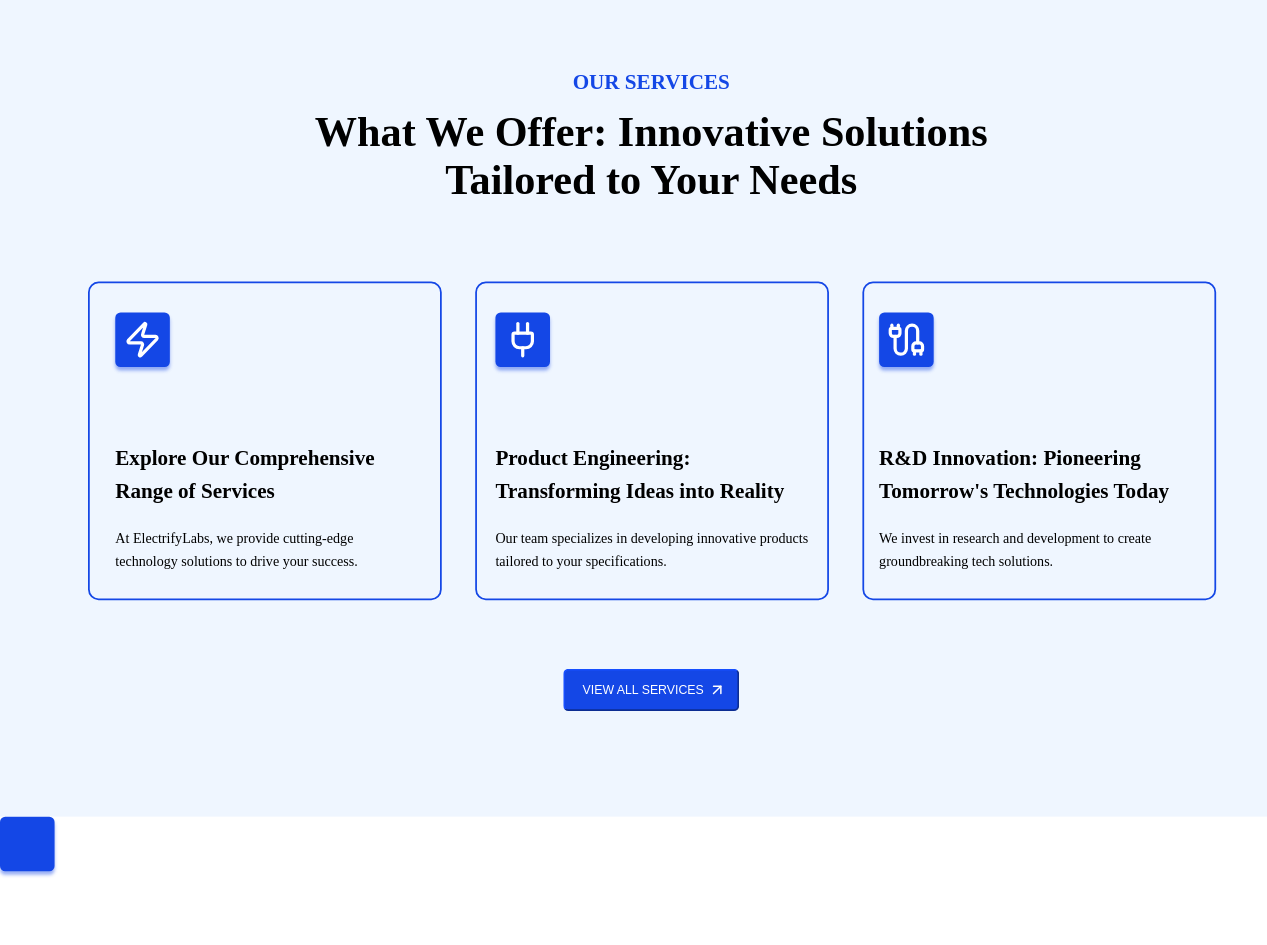
Repository: neelpatel6262/electrifylabs_homepage
Page: /
An editor plug-in stored every save of this project. The page is shown before and after the next save, followed by the edit.
The browser window is 1280 px wide. The page is 1440 px wide, so the pictures cover 1440 px, including what lies to the right of the window. The pictures show the whole page, at 88% of full size.
The project was rebuilt for these pictures with package versions that can differ from the ones it lists, and the page was loaded fresh each time. Also part of the build but not shown: vite.config.js.

Above is the page before, as saved 2026-02-20 00:03:23.

### index.html
<!doctype html>
<html lang="en">
  <head>
    <meta charset="UTF-8" />
    <link rel="icon" type="image/svg+xml" href="/vite.svg" />
    <meta name="viewport" content="width=device-width, initial-scale=1.0" />
    <title>react-practice</title>
  </head>
  <body>
    <div id="root"></div>
    <script type="module" src="/src/main.jsx"></script>
  </body>
</html>

### src/main.jsx
import { StrictMode } from 'react'
import { createRoot } from 'react-dom/client'
import './index.css'
import ServiceSection from './components/ServiceSection.jsx'
import ServiceCard from './components/ServiceCard.jsx'



createRoot(document.getElementById('root')).render(
  <>
    <ServiceSection />
    <ServiceCard />
  </>
)

### src/index.css
@tailwind base;
@tailwind components;
@tailwind utilities;

:root {
  /* Color Variables */
  --primary-color: #1447e6;
  --primary-hover-color: #0f3bc4;
  --secondary-color: #eff6ff;
  --background-light: #bcdaff;
  --text-primary: #171717;
  --text-secondary: #433c38;
  --text-light: #9ca3af;
  --white: #ffffff;
  --black: #000000;
  --dark-text: #0c0a09;
  --border-color: #1447e6;
  --shadow-color: rgba(20, 71, 230, 0.44);
  --error-color: #ef4444;
  --error-dark: #dc2626;
  --success-color: #10b981;
  --success-dark: #059669;
  --warning-color: #f59e0b;
  --warning-dark: #d97706;
  --ripple-color: rgba(255, 255, 255, 0.3);

  /* Typography Variables */
  --font-family: "Space Grotesk", sans-serif;
  --font-size-xs: 10px;
  --font-size-sm: 12px;
  --font-size-base: 14px;
  --font-size-md: 16px;
  --font-size-lg: 18px;
  --font-size-xl: 24px;
  --font-size-2xl: 32px;
  --font-size-3xl: 36px;
  --font-size-4xl: 48px;
  --font-size-5xl: 86px;

  /* Font Weight Variables */
  --font-weight-normal: 400;
  --font-weight-medium: 500;
  --font-weight-semibold: 600;
  --font-weight-bold: 800;
  --font-weight-black: 900;

  /* Spacing Variables */
  --spacing-xs: 4px;
  --spacing-sm: 8px;
  --spacing-md: 12px;
  --spacing-base: 14px;
  --spacing-lg: 16px;
  --spacing-xl: 20px;
  --spacing-2xl: 22px;
  --spacing-3xl: 28px;
  --spacing-4xl: 42px;
  --spacing-5xl: 44px;
  --spacing-6xl: 46px;
  --spacing-7xl: 62px;
  --spacing-8xl: 78px;
  --spacing-9xl: 80px;
  --spacing-10xl: 100px;

  /* Border Radius Variables */
  --border-radius-sm: 6px;
  --border-radius-md: 12px;
  --border-radius-lg: 38px;
  --border-radius-xl: 44px;
  --border-radius-full: 50%;

  /* Shadow Variables */
  --shadow-sm: 0px 4px 4px 0px var(--shadow-color);
  --shadow-md: 0 8px 32px rgba(0, 0, 0, 0.1);
  --shadow-lg: 0 10px 40px rgba(0, 0, 0, 0.2);
  --shadow-xl: 0 12px 40px rgba(0, 0, 0, 0.15);

  /* Layout Variables */
  --container-width: 1440px;
  --content-width: 1280px;
  --navbar-height: 88px;
  --button-height: 48px;
  --input-height: 76px;

  /* Transition Variables */
  --transition-fast: 0.3s ease-in-out;
  --transition-medium: 0.5s cubic-bezier(0.68, -0.55, 0.265, 1.55);

  /* Line Height Variables */
  --line-height-tight: 100%;
  --line-height-normal: 120%;
  --line-height-relaxed: 140%;
  --line-height-loose: 160%;
}

* {
  margin: 0;
  padding: 0;
  box-sizing: border-box;
}


.service-section {
  width: var(--container-width);
  height: 928px;
  background-color: var(--secondary-color);
  padding: var(--spacing-9xl) var(--spacing-10xl) var(--spacing-9xl) var(--spacing-10xl);
}

.service-container {
  width: var(--content-width);
  height: 728px;
}

.service-intro-section {
  width: 765px;
  height: 162px;
  margin-left: 257.5px;
  margin-right: 257.5px;
  text-align: center;
}

.service-body-heading {
  height: var(--spacing-xl);
  width: 765px;
  font-size: var(--font-size-xl);
  text-transform: uppercase;
  color: var(--primary-color);
  font-weight: var(--font-weight-semibold);
  margin-bottom: var(--spacing-2xl);
}

.service-heading {
  width: 765px;
  height: 116px;
  text-align: center;
  font-weight: var(--font-weight-semibold);
  font-size: var(--font-size-4xl);
}

.services-cards-section {
  margin-top: var(--spacing-8xl);
  margin-bottom: var(--spacing-8xl);
  display: flex;
  width: var(--content-width);
  height: 362px;
  gap: 38px;
}

.service-card-one {
  width: 402px;
  height: 362px;
  border: 2px solid var(--primary-color);
  border-radius: var(--border-radius-md);
  padding: 33px 29px 33px 29px;
}

.service-icon {
  width: var(--spacing-7xl);
  height: var(--spacing-7xl);
  background-color: var(--primary-color);
  border-radius: var(--border-radius-sm);
  margin-bottom: 84px;
  padding: 9px;
  box-shadow: var(--shadow-sm);
}

.service-icon svg {
  width: var(--spacing-5xl);
  height: var(--spacing-5xl);
  color: var(--white);
}

.service-card-heading {
  font-size: var(--font-size-xl);
  line-height: var(--line-height-loose);
  width: 318px;
  height: 76px;
  font-weight: var(--font-weight-semibold);
  margin-bottom: var(--spacing-2xl);
}

.service-card-subheading {
  width: 344px;
  height: 52px;
  font-size: var(--font-size-md);
  line-height: var(--line-height-loose);
}

.service-card-two {
  width: 402px;
  height: 362px;
  border: 2px solid var(--primary-color);
  border-radius: var(--border-radius-md);
  padding: 33px 21px 33px 21px;
}

.service-card-two-heading {
  font-size: var(--font-size-xl);
  line-height: var(--line-height-loose);
  width: 361px;
  height: 76px;
  font-weight: var(--font-weight-semibold);
  margin-bottom: var(--spacing-2xl);
}

.service-card-two-subheading {
  width: 360px;
  height: var(--button-height);
  font-size: var(--font-size-md);
  line-height: var(--line-height-loose);
}

.service-card-three {
  width: 402px;
  height: 362px;
  border: 2px solid var(--primary-color);
  border-radius: var(--border-radius-md);
  padding: 33px 17px 33px 17px;
}

.service-card-three-heading {
  width: 386px;
  height: 76px;
  font-weight: var(--font-weight-semibold);
  margin-bottom: var(--spacing-2xl);
  font-size: var(--font-size-xl);
  line-height: var(--line-height-loose);
}

.service-card-three-subheading {
  font-size: var(--font-size-md);
  line-height: var(--line-height-loose);
  width: 353px;
  height: var(--button-height);
}

.service-btn {
  border-radius: var(--border-radius-sm);
  background-color: var(--primary-color);
  border-color: var(--primary-color);
  color: var(--white);
  font-size: var(--font-size-base);
  text-transform: uppercase;
  padding: 10px var(--spacing-xl) 10px var(--spacing-xl);
  width: 200px;
  height: var(--button-height);
  gap: var(--spacing-md);
  margin-left: 540px;
  letter-spacing: 1%;
  margin-right: 540px;
}

.service-btn:hover {
  box-shadow: var(--shadow-sm);
  transition: box-shadow var(--transition-fast);
}

.service-btn svg {
  width: var(--spacing-2xl);
  margin-left: var(--spacing-xs);
  align-items: center;
}

.service-btn-container {
  width: 168px;
  height: var(--spacing-xl);
  display: flex;
  align-items: center;
}

### src/components/ServiceSection.jsx
import { Zap, Plug, Cable, ArrowUpRight } from 'lucide-react';
import ServiceCard from './ServiceCard'

const cards = [
  {
    id: 1,
    icon: <Zap size={24} color="white" />,
    heading: "Explore Our Comprehensive Range of Services",
    subheading: "At ElectrifyLabs, we provide cutting-edge technology solutions to drive your success.",
    cardClass: "service-card-one",
    headingClass: "service-card-heading",
    subheadingClass: "service-card-subheading",
  },
  {
    id: 2,
    icon: <Plug size={24} color="white" />,
    heading: "Product Engineering: Transforming Ideas into Reality",
    subheading: "Our team specializes in developing innovative products tailored to your specifications.",
    cardClass: "service-card-two",
    headingClass: "service-card-two-heading",
    subheadingClass: "service-card-two-subheading",
  },
  {
    id: 3,
    icon: <Cable size={24} color="white" />,
    heading: "R&D Innovation: Pioneering Tomorrow's Technologies Today",
    subheading: "We invest in research and development to create groundbreaking tech solutions.",
    cardClass: "service-card-three",
    headingClass: "service-card-three-heading",
    subheadingClass: "service-card-three-subheading",
  },
];

function ServiceSection() {
  return (
    <div className="service-section">
      <div className="service-container">

        {/* Intro */}
        <div className="service-intro-section">
          <div className="service-body-heading">our services</div>
          <div className="service-heading">
            What We Offer: Innovative Solutions Tailored to Your Needs
          </div>
        </div>

        {/* Cards */}
        <div className="services-cards-section">
          {cards.map((card) => (
            <ServiceCard
              key={card.id}
              icon={card.icon}
              heading={card.heading}
              subheading={card.subheading}
              cardClass={card.cardClass}
              headingClass={card.headingClass}
              subheadingClass={card.subheadingClass}
            />
          ))}
        </div>

        {/* Button */}
        <button className="service-btn">
          <div className="service-btn-container">
            view all services
            <ArrowUpRight size={20} />
          </div>
        </button>

      </div>
    </div>
  );
}

export default ServiceSection;

### src/components/ServiceCard.jsx
function ServiceCard({ icon, heading, subheading, cardClass, headingClass, subheadingClass }) {


  return (
    <div className={cardClass}>
      <div className="service-icon">
        {icon}
      </div>
      <div className={headingClass}>
        {heading}
      </div>
      <div className={subheadingClass}>
        {subheading}
      </div>
    </div>
  );


}

export default ServiceCard;

After the next save:
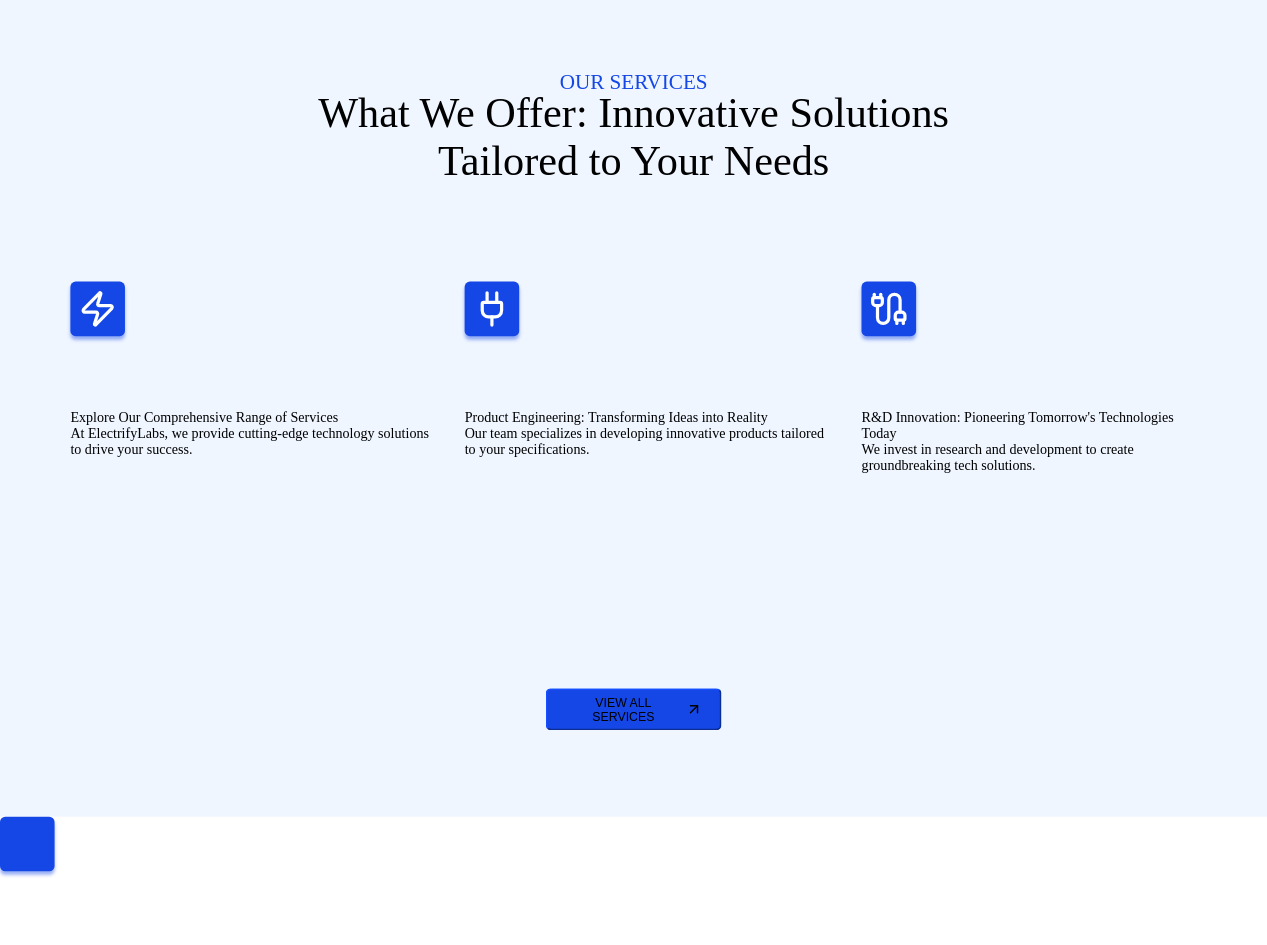
Saved 70 s later.
--- a/src/components/ServiceSection.jsx
+++ b/src/components/ServiceSection.jsx
@@ -7,63 +7,53 @@
     icon: <Zap size={24} color="white" />,
     heading: "Explore Our Comprehensive Range of Services",
     subheading: "At ElectrifyLabs, we provide cutting-edge technology solutions to drive your success.",
-    cardClass: "service-card-one",
-    headingClass: "service-card-heading",
-    subheadingClass: "service-card-subheading",
   },
   {
     id: 2,
     icon: <Plug size={24} color="white" />,
     heading: "Product Engineering: Transforming Ideas into Reality",
     subheading: "Our team specializes in developing innovative products tailored to your specifications.",
-    cardClass: "service-card-two",
-    headingClass: "service-card-two-heading",
-    subheadingClass: "service-card-two-subheading",
   },
   {
     id: 3,
     icon: <Cable size={24} color="white" />,
     heading: "R&D Innovation: Pioneering Tomorrow's Technologies Today",
     subheading: "We invest in research and development to create groundbreaking tech solutions.",
-    cardClass: "service-card-three",
-    headingClass: "service-card-three-heading",
-    subheadingClass: "service-card-three-subheading",
   },
 ];
 
 function ServiceSection() {
   return (
-    <div className="service-section">
-      <div className="service-container">
+    <div className="w-[1440px] h-[928px] bg-[#eff6ff] p-[80px] mx-auto">
+      <div className="w-[1280px] h-[728px] mx-auto">
 
         {/* Intro */}
-        <div className="service-intro-section">
-          <div className="service-body-heading">our services</div>
-          <div className="service-heading">
+        <div className="w-[765px] h-[162px] mx-auto text-center mb-20">
+          <div className="h-[20px] w-[765px] text-[24px] uppercase text-[#1447e6] font-semibold mb-8">
+            our services
+          </div>
+          <div className="w-[765px] h-[116px] text-center font-semibold text-[48px]">
             What We Offer: Innovative Solutions Tailored to Your Needs
           </div>
         </div>
 
         {/* Cards */}
-        <div className="services-cards-section">
+        <div className="mt-[78px] mb-[78px] flex w-[1280px] h-[362px] gap-[38px]">
           {cards.map((card) => (
             <ServiceCard
               key={card.id}
               icon={card.icon}
               heading={card.heading}
               subheading={card.subheading}
-              cardClass={card.cardClass}
-              headingClass={card.headingClass}
-              subheadingClass={card.subheadingClass}
             />
           ))}
         </div>
 
         {/* Button */}
-        <button className="service-btn">
-          <div className="service-btn-container">
+        <button className="rounded-[6px] bg-[#1447e6] border-[#1447e6] text-white text-[14px] uppercase p-[10px_20px_10px_20px] w-[200px] h-[48px] gap-[12px] mx-auto mt-[100px] tracking-[1%] flex items-center justify-center hover:shadow-[0px_4px_4px_0px_rgba(20,71,230,0.44)] transition-shadow duration-300">
+          <div className="flex items-center">
             view all services
-            <ArrowUpRight size={20} />
+            <ArrowUpRight size={20} className="ml-[4px]" />
           </div>
         </button>
 
